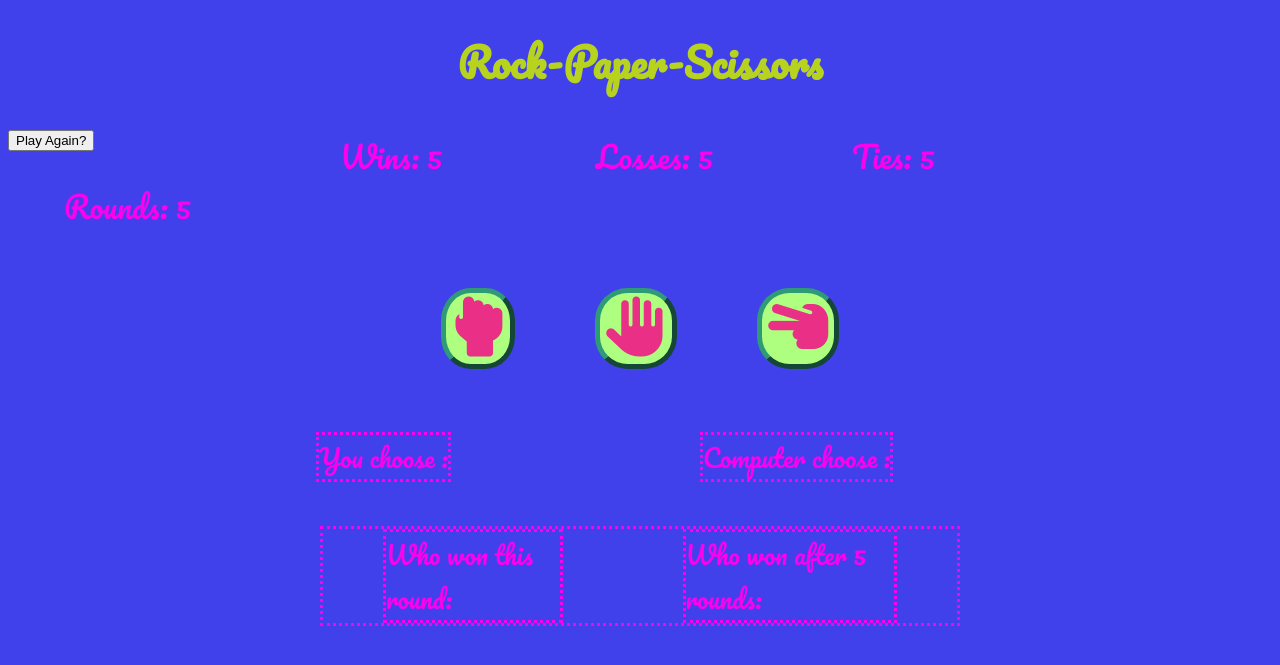
Repository: 0101chaitanya/Rock-Paper-Scissors
Page: index.html
An editor plug-in stored every save of this project. The page is shown before and after the next save, followed by the edit.
The browser window is 1280 px wide. The pictures show the whole page.
Some web libraries are served in a nearby version.

Above is the page before, as saved 2021-05-15 15:43:48.
Not found: linkk.js

After the next save:
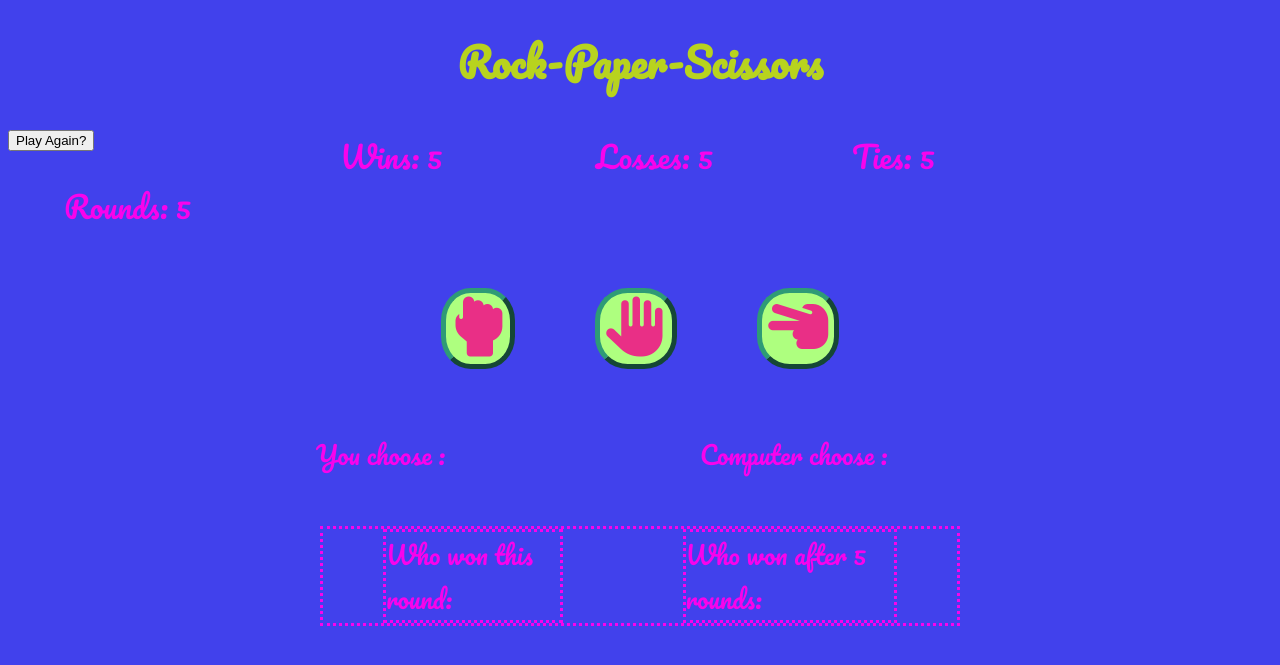
Saved 8 s later.
--- a/style.css
+++ b/style.css
@@ -82,9 +82,7 @@ margin:auto 40px;
     margin: auto 60px;
     display: flex;
     flex-direction: row;
-    border-style:dotted;
-    flex-wrap: nowrap;
-
+   |
 }
 #you {
    position: fixed;
